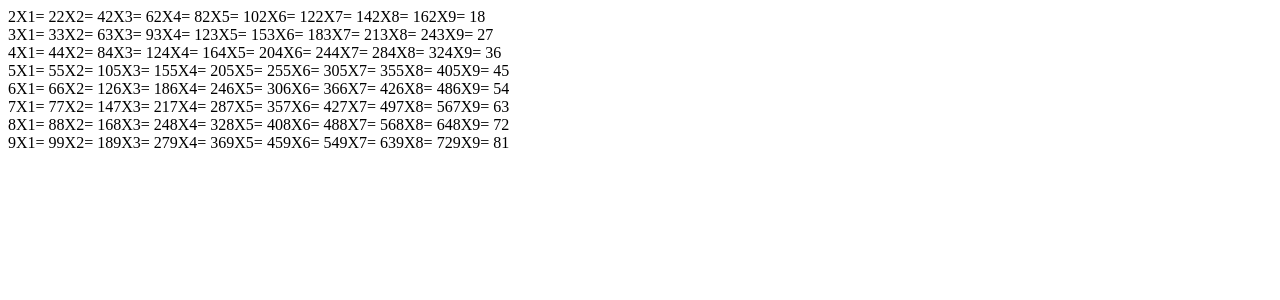
Repository: kkj68106810-dot/jsp2026
Page: http://localhost/chapter01/test02.jsp
An editor plug-in stored every save of this project. The page is shown before and after the next save, followed by the edit.
The browser window is 1280 px wide. The pictures show the whole page.
The page is served by Tomcat 9.

Above is the page before, as saved 2026-10-16 02:26:08.

After the next save:
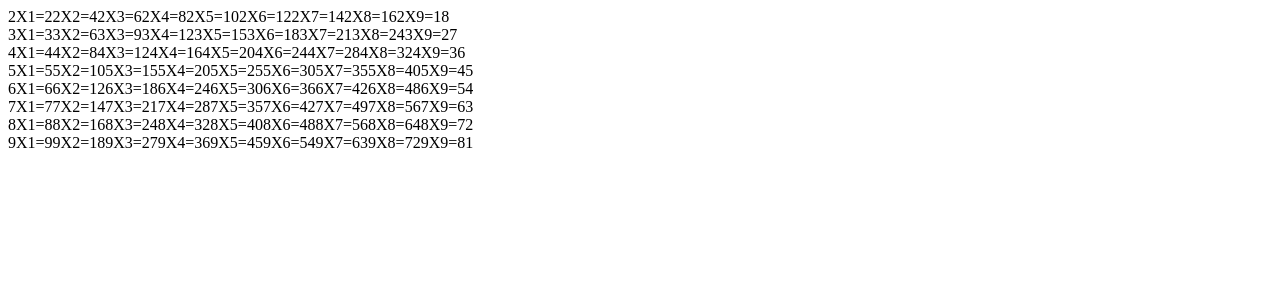
Saved 11 s later.
--- a/chapter01/src/main/webapp/test02.jsp
+++ b/chapter01/src/main/webapp/test02.jsp
@@ -13,7 +13,7 @@
 	String printStr = "";
 	for(int i = 2; i <10; i++) {
 		for(int j = 1; j<10; j++) {
-			printStr += i + "X" + j + "= ";
+			printStr += i + "X" + j + "=";
 			printStr += i*j;
 			if(j == 9) {
 				printStr += "<br>";
